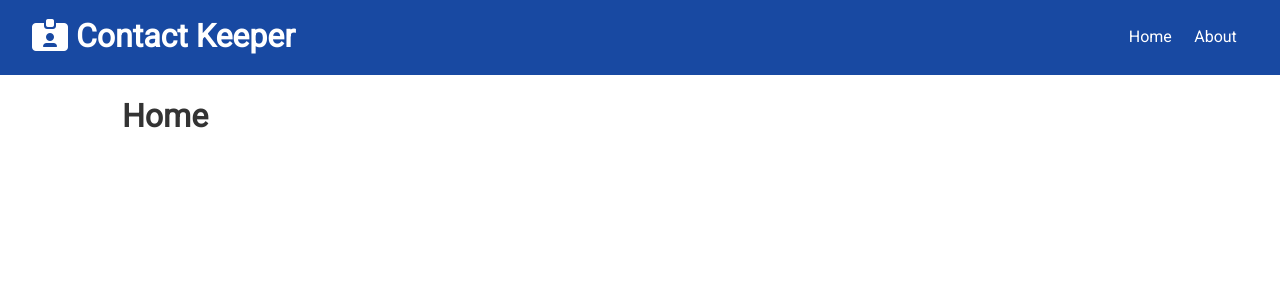
Repository: mjcanon4/contact-keeper
Page: / (app in client/)
An editor plug-in stored every save of this project. The page is shown before and after the next save, followed by the edit.
The browser window is 1280 px wide. The pictures show the whole page.
Some web libraries are served in a nearby version. The project was rebuilt for these pictures with package versions that can differ from the ones it lists, and the page was loaded fresh each time. A package was used in the major version that the imports need, not the one package.json lists. Also part of the build but not shown: client/src/components/pages/About.js.

Above is the page before, as saved 2021-08-17 20:14:35.

### client/public/index.html
<!DOCTYPE html>
<html lang="en">
  <head>
    <meta charset="utf-8" />
    <link rel="icon" href="%PUBLIC_URL%/favicon.ico" />
    <meta name="viewport" content="width=device-width, initial-scale=1" />
    <meta name="theme-color" content="#000000" />

    <link rel="manifest" href="%PUBLIC_URL%/manifest.json" />
    <script
      src="https://kit.fontawesome.com/90d15019d4.js"
      crossorigin="anonymous"
    ></script>
    <title>Contact Keeper | Keep track of your contacts</title>
  </head>
  <body>
    <noscript>You need to enable JavaScript to run this app.</noscript>
    <div id="root"></div>
  </body>
</html>

### client/src/App.js
import React, { Fragment } from "react";
import { BrowserRouter as Router, Route, Switch } from "react-router-dom";

import Navbar from "../src/components/layouts/Navbar";
import Home from "./components/pages/Home";
import About from "./components/pages/About";

import ContactState from "./context/contact/ContactState";

import "./App.css";

const App = () => {
  return (
    <ContactState>
      <Router>
        <Navbar />
        <div className="container">
          <Switch>
            <Route exact path="/" component={Home} />
            <Route exact path="/about" component={About} />
          </Switch>
        </div>
      </Router>
    </ContactState>
  );
};

export default App;

### client/src/components/layouts/Navbar.js
import React from "react";
import PropTypes from "prop-types";
import { Link } from "react-router-dom";

const Navbar = ({ title, icon }) => {
  return (
    <div className="navbar bg-primary">
      <h1>
        <i className={icon} /> {title}
      </h1>
      <ul>
        <li>
          <Link to="/">Home</Link>
        </li>
        <li>
          <Link to="/about">About</Link>
        </li>
      </ul>
    </div>
  );
};

Navbar.propTypes = {
  title: PropTypes.string.isRequired,
  icon: PropTypes.string,
};

Navbar.defaultProps = {
  title: "Contact Keeper",
  icon: "fas fa-id-card-alt",
};

export default Navbar;

### client/src/components/pages/Home.js
import React from "react";
import Contacts from "../contacts/Contacts";

const Home = () => {
  return (
    <div>
      <h1>Home</h1>
    </div>
  );
};
export default Home;

### client/src/context/contact/ContactState.js
import React, { useReducer } from "react";
import uuid from "uuid";
import ContactContext from "./contactContext";
import contactReducer from "./contactReducer";
import {
  ADD_CONTACT,
  DELETE_CONTACT,
  SET_CURRENT,
  CLEAR_CURRENT,
  UPDATE_CONTACT,
  FILTER_CONTACT,
  CLEAR_FILTER,
} from "../types";

const ContactState = (props) => {
  const initialState = {
    contacts: [
      {
        type: "personal",
        _id: "611b09d9574b451db0f32355",
        name: "BB8",
        email: "bb8@email.com",
        phone: "999-999-9999",
        user: "611327a20d6cfe829f2e5c2a",
        date: "2021-08-17T00:59:05.177Z",
        __v: 0,
      },
      {
        type: "professional",
        _id: "611328130d6cfe829f2e5c2f",
        name: "Darth Vader",
        email: "darthvader@email.com",
        phone: "333-333-3333",
        user: "611327a20d6cfe829f2e5c2a",
        date: "2021-08-11T01:29:55.413Z",
        __v: 0,
      },
    ],
  };

  const [state, dispatch] = useReducer(contactReducer, initialState);

  // ADD CONTACT

  // DELETE CONTACT

  // SET CURRENT CONTACT

  // CLEAR CURRENT CONTACT

  // UPDATE CONTACT

  // FILTER CONTACTS

  // CLEAR FILTER

  return (
    <ContactContext.Provider
      value={{
        contacts: state.contacts,
      }}
    >
      {props.children}
    </ContactContext.Provider>
  );
};

export default ContactState;

### client/src/context/types.js
export const ADD_CONTACT = "ADD_CONTACT";
export const DELETE_CONTACT = "DELETE_CONTACT";
export const SET_CURRENT = "SET_CURRENT";
export const CLEAR_CURRENT = "CLEAR_CURRENT";
export const UPDATE_CONTACT = "UPDATE_CONTACT";
export const FILTER_CONTACT = "FILTER_CONTACT";
export const CLEAR_FILTER = "CLEAR_FILTER";
export const SET_ALERT = "SET_ALERT";
export const REMOVE_ALERT = "REMOVE_ALERT";

### client/src/components/contacts/Contacts.js
import React, { Fragment, useContext } from "react";
import ContactContext from "../../context/contact/contactContext";

const Contacts = () => {
  const contactContext = useContext(ContactContext);

  const { contacts } = contactContext;

  return (
    <Fragment>
      {contacts.map((contact) => (
        <h3>{contact.name}</h3>
      ))}
    </Fragment>
  );
};

export default Contacts;

Loaded but not shown: client/src/index.js (common file); client/src/App.css (common file); client/src/context/contact/contactContext.js (common file); client/src/context/contact/contactReducer.js (no stored copy; drawn as an empty file)

After the next save:
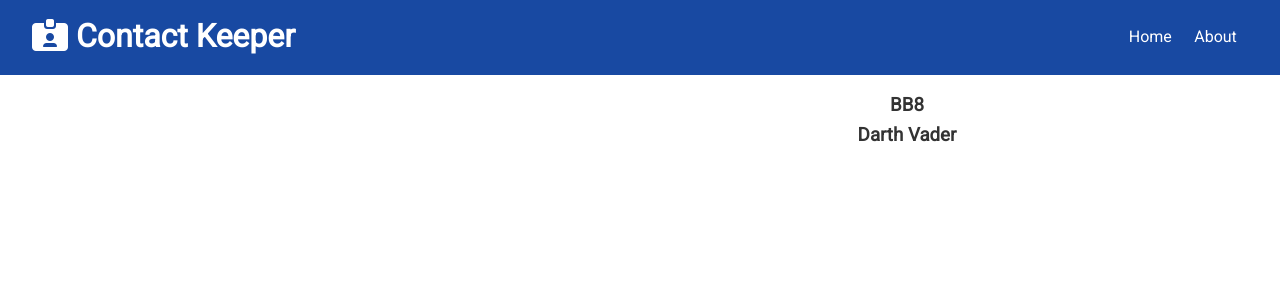
Saved 53 s later.
--- a/client/src/components/pages/Home.js
+++ b/client/src/components/pages/Home.js
@@ -3,8 +3,11 @@ import Contacts from "../contacts/Contacts";
 
 const Home = () => {
   return (
-    <div>
-      <h1>Home</h1>
+    <div className="grid-2">
+      <div>{/*Contact form*/}</div>
+      <div>
+        <Contacts />
+      </div>
     </div>
   );
 };
